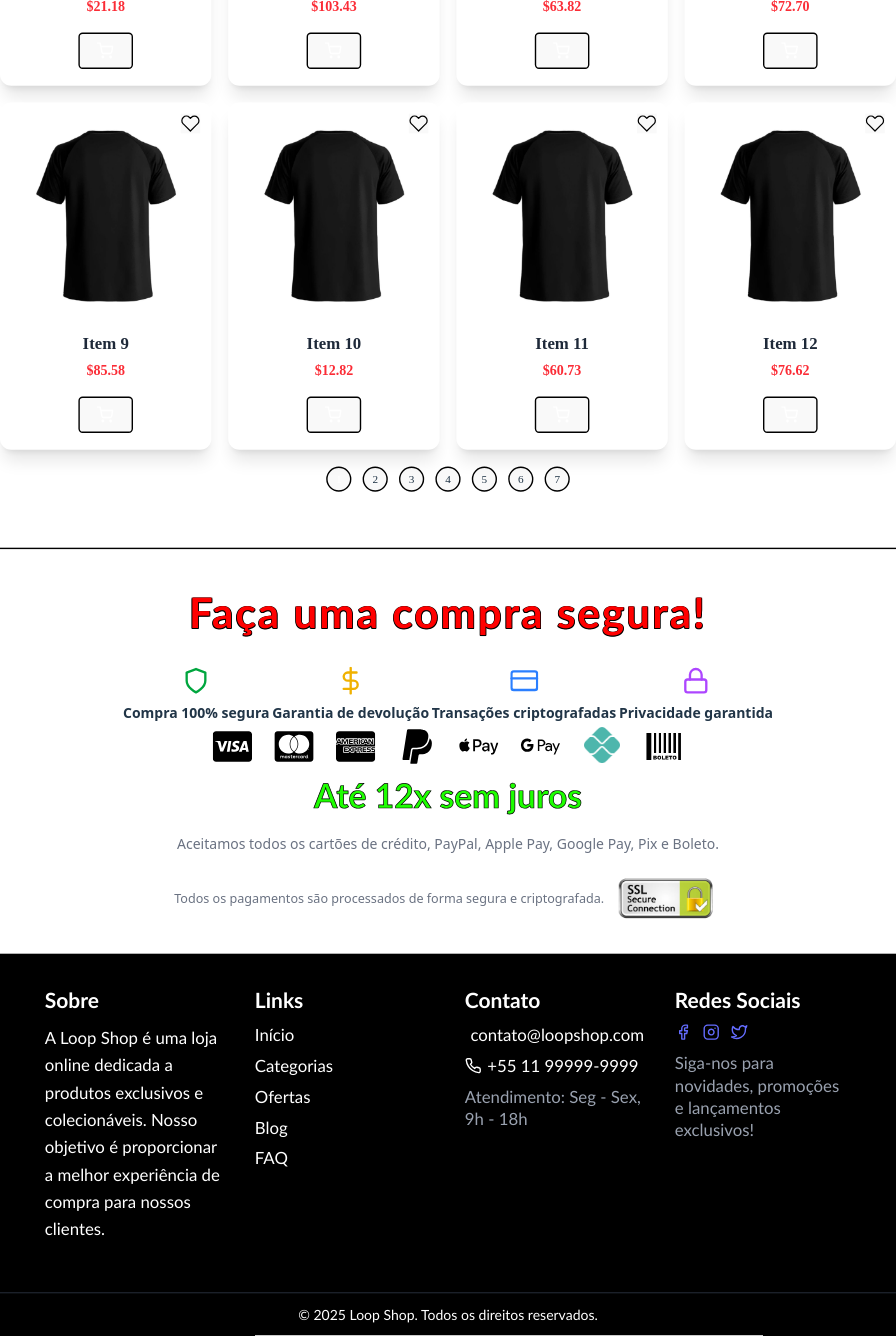
Repository: Kevin-Pro-Codes/looping-e-commerce
Page: / (app in loop-client/)
These files come from the project's save history. The page is drawn as it stood at one moment and after the next save; the edit follows.
The browser window is 1280 px wide. The pictures show the part of the page from y = 1408 to 3328 px (the page is 3316 px tall before and 3328 px after), at 70% of full size.
The project was rebuilt for these pictures with package versions that can differ from the ones it lists, and the page was loaded fresh each time. Also part of the build but not shown: loop-client/vite.config.js.

Above is the page before, as saved 2025-10-02 19:11:41.

After the next save:
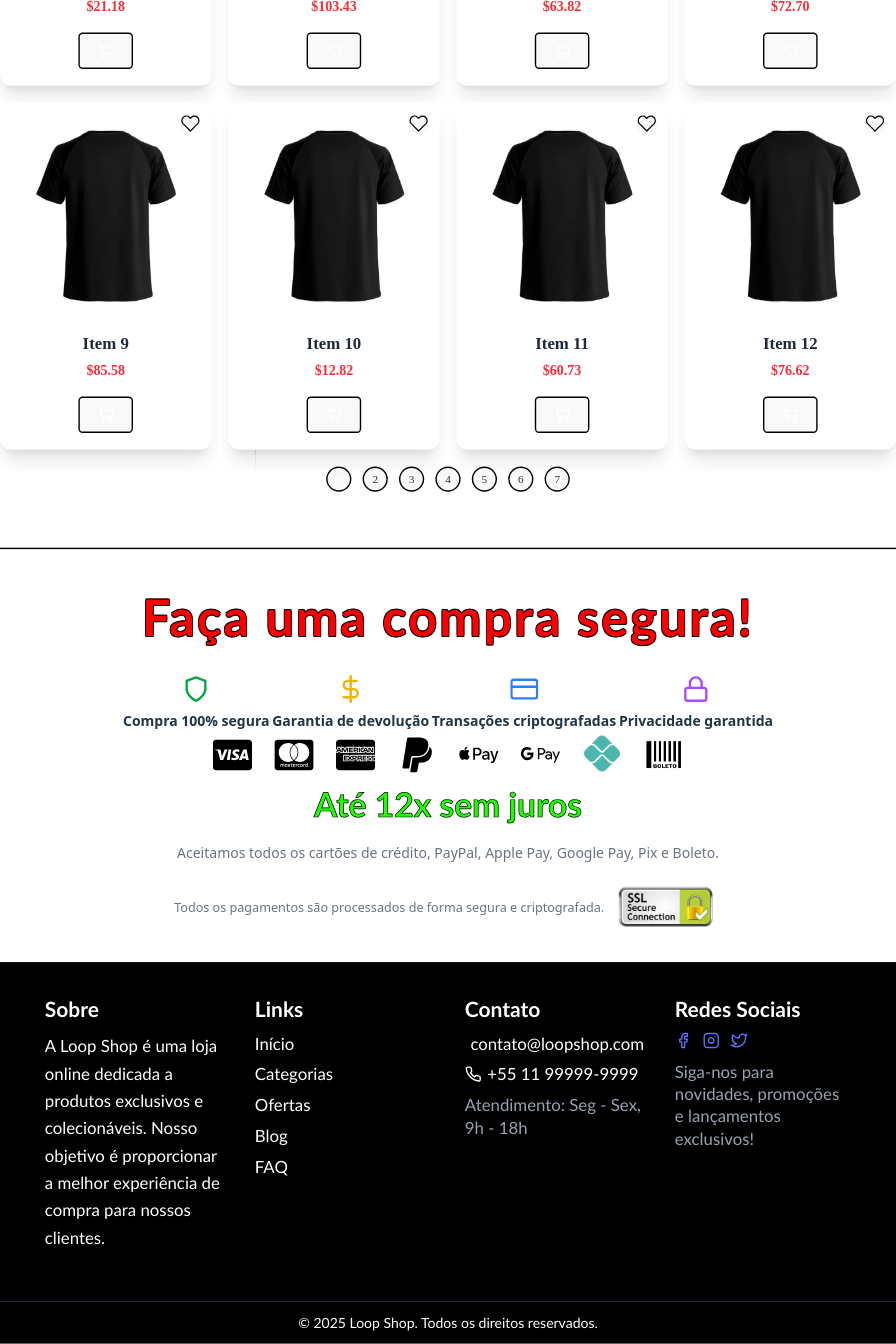
Saved 8 s later.
--- a/loop-client/src/components/Pagamento.jsx
+++ b/loop-client/src/components/Pagamento.jsx
@@ -22,7 +22,7 @@ const Pagamento = () => {
       <div className="bg-white w-full px-6 md:px-24">
         {/* Título */}
    <h2
-  className="text-6xl font-bold text-center mb-12"
+  className="text-7xl font-bold text-center mb-12"
   style={{
     fontFamily: "Calibri, sans-serif",
     color: "red",
